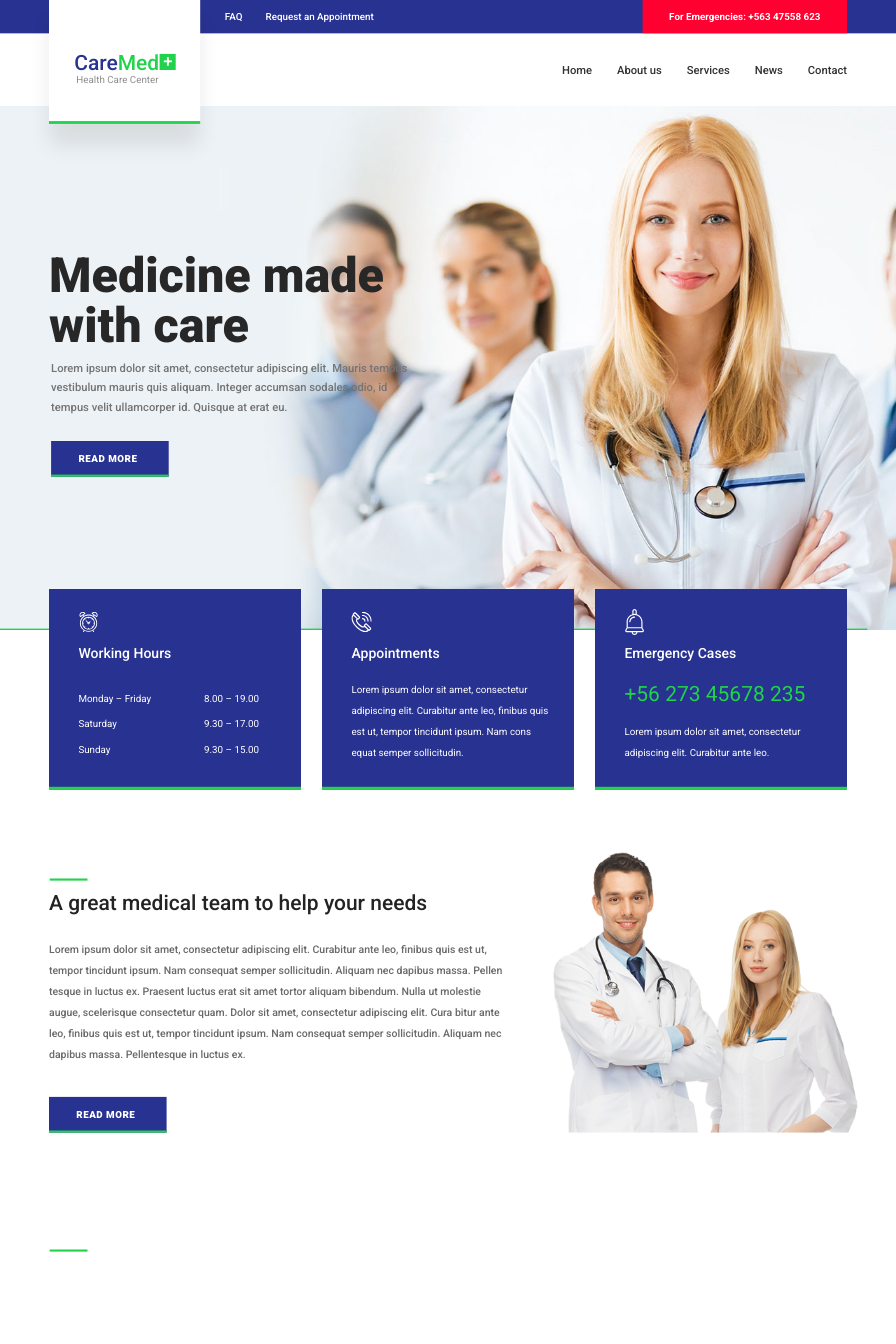
Repository: Nanitamo/centro-medico-eden-webpage
Page: index.html
The author's editor kept a copy of each file at every save. The page is drawn from the files as they stood at one save, then again after the next save.
The browser window is 1280 px wide. The pictures show the part of the page from y = 0 to 1920 px (the page is 4535 px tall), at 70% of full size.

Above is the page before, as saved 2020-06-18 12:37:14.

### index.html
<!DOCTYPE html>
<html lang="en">
<head>
<title>CareMed</title>
<meta charset="utf-8">
<meta http-equiv="X-UA-Compatible" content="IE=edge">
<meta name="description" content="CareMed demo project">
<meta name="viewport" content="width=device-width, initial-scale=1">
<link rel="stylesheet" type="text/css" href="styles/bootstrap4/bootstrap.min.css">
<link href="plugins/font-awesome-4.7.0/css/font-awesome.min.css" rel="stylesheet" type="text/css">
<link rel="stylesheet" type="text/css" href="plugins/OwlCarousel2-2.2.1/owl.carousel.css">
<link rel="stylesheet" type="text/css" href="plugins/OwlCarousel2-2.2.1/owl.theme.default.css">
<link rel="stylesheet" type="text/css" href="plugins/OwlCarousel2-2.2.1/animate.css">
<link rel="stylesheet" type="text/css" href="styles/main_styles.css">
<link rel="stylesheet" type="text/css" href="styles/responsive.css">
</head>
<body>

<div class="super_container">

	<!-- Header -->

	<header class="header trans_200">

		<!-- Top Bar -->
		<div class="top_bar">
			<div class="container">
				<div class="row">
					<div class="col">
						<div class="top_bar_content d-flex flex-row align-items-center justify-content-start">
							<div class="top_bar_item"><a href="#">FAQ</a></div>
							<div class="top_bar_item"><a href="#">Request an Appointment</a></div>
							<div class="emergencies  d-flex flex-row align-items-center justify-content-start ml-auto">For Emergencies: +563 47558 623</div>
						</div>

					</div>
				</div>
			</div>
		</div>

		<!-- Header Content -->
		<div class="header_container">
			<div class="container">
				<div class="row">
					<div class="col">
						<div class="header_content d-flex flex-row align-items-center justify-content-start">
							<nav class="main_nav ml-auto">
								<ul>
									<li><a href="index.html">Home</a></li>
									<li><a href="about.html">About us</a></li>
									<li><a href="services.html">Services</a></li>
									<li><a href="news.html">News</a></li>
									<li><a href="contact.html">Contact</a></li>
								</ul>
							</nav>
							<div class="hamburger ml-auto"><i class="fa fa-bars" aria-hidden="true"></i></div>
						</div>
					</div>
				</div>
			</div>
		</div>

		<!-- Logo -->
		<div class="logo_container_outer">
			<div class="container">
				<div class="row">
					<div class="col">
						<div class="logo_container">
							<a href="#">
								<div class="logo_content d-flex flex-column align-items-start justify-content-center">
									<div class="logo_line"></div>
									<div class="logo d-flex flex-row align-items-center justify-content-center">
										<div class="logo_text">Care<span>Med</span></div>
										<div class="logo_box">+</div>
									</div>
									<div class="logo_sub">Health Care Center</div>
								</div>
							</a>
						</div>
					</div>
				</div>
			</div>
		</div>

	</header>

	<!-- Menu -->

	<div class="menu_container menu_mm">

		<!-- Menu Close Button -->
		<div class="menu_close_container">
			<div class="menu_close"></div>
		</div>

		<!-- Menu Items -->
		<div class="menu_inner menu_mm">
			<div class="menu menu_mm">
				<ul class="menu_list menu_mm">
					<li class="menu_item menu_mm"><a href="index.html">Home</a></li>
					<li class="menu_item menu_mm"><a href="about.html">About us</a></li>
					<li class="menu_item menu_mm"><a href="services.html">Services</a></li>
					<li class="menu_item menu_mm"><a href="news.html">News</a></li>
					<li class="menu_item menu_mm"><a href="contact.html">Contact</a></li>
				</ul>
			</div>
			<div class="menu_extra">
				<div class="menu_appointment"><a href="#">Request an Appointment</a></div>
				<div class="menu_emergencies">For Emergencies: +563 47558 623</div>
			</div>

		</div>

	</div>

	<!-- Home -->

	<div class="home">
		<div class="home_slider_container">
			<!-- Home Slider -->
			<div class="owl-carousel owl-theme home_slider">

				<!-- Slider Item -->
				<div class="owl-item">
					<div class="home_slider_background" style="background-image:url(images/home_background_1.jpg)"></div>
					<div class="home_content">
						<div class="container">
							<div class="row">
								<div class="col">
									<div class="home_content_inner">
										<div class="home_title"><h1>Medicine made with care</h1></div>
										<div class="home_text">
											<p>Lorem ipsum dolor sit amet, consectetur adipiscing elit. Mauris tempus vestibulum mauris quis aliquam. Integer accumsan sodales odio, id tempus velit ullamcorper id. Quisque at erat eu.</p>
										</div>
										<div class="button home_button">
											<a href="#">read more</a>
										</div>
									</div>
								</div>
							</div>
						</div>
					</div>
				</div>

				<!-- Slider Item -->
				<div class="owl-item">
					<div class="home_slider_background" style="background-image:url(images/home_background_1.jpg)"></div>
					<div class="home_content">
						<div class="container">
							<div class="row">
								<div class="col">
									<div class="home_content_inner">
										<div class="home_title"><h1>Medicine made with care</h1></div>
										<div class="home_text">
											<p>Lorem ipsum dolor sit amet, consectetur adipiscing elit. Mauris tempus vestibulum mauris quis aliquam. Integer accumsan sodales odio, id tempus velit ullamcorper id. Quisque at erat eu.</p>
										</div>
										<div class="button home_button">
											<a href="#">read more</a>
										</div>
									</div>
								</div>
							</div>
						</div>
					</div>
				</div>

				<!-- Slider Item -->
				<div class="owl-item">
					<div class="home_slider_background" style="background-image:url(images/home_background_1.jpg)"></div>
					<div class="home_content">
						<div class="container">
							<div class="row">
								<div class="col">
									<div class="home_content_inner">
										<div class="home_title"><h1>Medicine made with care</h1></div>
										<div class="home_text">
											<p>Lorem ipsum dolor sit amet, consectetur adipiscing elit. Mauris tempus vestibulum mauris quis aliquam. Integer accumsan sodales odio, id tempus velit ullamcorper id. Quisque at erat eu.</p>
										</div>
										<div class="button home_button">
											<a href="#">read more</a>
										</div>
									</div>
								</div>
							</div>
						</div>
					</div>
				</div>

			</div>

			<!-- Slider Progress -->
			<div class="home_slider_progress"></div>
		</div>
	</div>

	<!-- 3 Boxes -->

	<div class="boxes">
		<div class="container">
			<div class="row">

				<!-- Box -->
				<div class="col-lg-4 box_col">
					<div class="box working_hours">
						<div class="box_icon d-flex flex-column align-items-start justify-content-center"><div style="width:29px; height:29px;"><img src="images/alarm-clock.svg" alt=""></div></div>
						<div class="box_title">Working Hours</div>
						<div class="working_hours_list">
							<ul>
								<li class="d-flex flex-row align-items-center justify-content-start">
									<div>Monday – Friday</div>
									<div class="ml-auto">8.00 – 19.00</div>
								</li>
								<li class="d-flex flex-row align-items-center justify-content-start">
									<div>Saturday</div>
									<div class="ml-auto">9.30 – 17.00</div>
								</li>
								<li class="d-flex flex-row align-items-center justify-content-start">
									<div>Sunday</div>
									<div class="ml-auto">9.30 – 15.00</div>
								</li>
							</ul>
						</div>
					</div>
				</div>

				<!-- Box -->
				<div class="col-lg-4 box_col">
					<div class="box box_appointments">
						<div class="box_icon d-flex flex-column align-items-start justify-content-center"><div style="width: 29px; height:29px;"><img src="images/phone-call.svg" alt=""></div></div>
						<div class="box_title">Appointments</div>
						<div class="box_text">Lorem ipsum dolor sit amet, consectetur adipiscing elit. Curabitur ante leo, finibus quis est ut, tempor tincidunt ipsum. Nam cons equat semper sollicitudin.</div>
					</div>
				</div>

				<!-- Box -->
				<div class="col-lg-4 box_col">
					<div class="box box_emergency">
						<div class="box_icon d-flex flex-column align-items-start justify-content-center"><div style="width: 37px; height:37px; margin-left:-4px;"><img src="images/bell.svg" alt=""></div></div>
						<div class="box_title">Emergency Cases</div>
						<div class="box_phone">+56 273 45678 235</div>
						<div class="box_emergency_text">Lorem ipsum dolor sit amet, consectetur adipiscing elit. Curabitur ante leo.</div>
					</div>
				</div>

			</div>
		</div>
	</div>

	<!-- About -->

	<div class="about">
		<div class="container">
			<div class="row row-lg-eq-height">

				<!-- About Content -->
				<div class="col-lg-7">
					<div class="about_content">
						<div class="section_title"><h2>A great medical team to help your needs</h2></div>
						<div class="about_text">
							<p>Lorem ipsum dolor sit amet, consectetur adipiscing elit. Curabitur ante leo, finibus quis est ut, tempor tincidunt ipsum. Nam consequat semper sollicitudin. Aliquam nec dapibus massa. Pellen tesque in luctus ex. Praesent luctus erat sit amet tortor aliquam bibendum. Nulla ut molestie augue, scelerisque consectetur quam. Dolor sit amet, consectetur adipiscing elit. Cura bitur ante leo, finibus quis est ut, tempor tincidunt ipsum. Nam consequat semper sollicitudin. Aliquam nec dapibus massa. Pellentesque in luctus ex.</p>
						</div>
						<div class="button about_button">
							<a href="#">read more</a>
						</div>
					</div>
				</div>

				<!-- About Image -->
				<div class="col-lg-5">
					<div class="about_image"><img src="images/about.png" alt=""></div>
				</div>
			</div>
		</div>
	</div>

	<!-- Departments -->

	<div class="departments">
		<div class="departments_background parallax-window" data-parallax="scroll" data-image-src="images/departments.jpg" data-speed="0.8"></div>
		<div class="container">
			<div class="row">
				<div class="col">
					<div class="section_title section_title_light"><h2>Our Medical Departments</h2></div>
				</div>
			</div>
			<div class="row departments_row row-md-eq-height">

				<!-- Department -->
				<div class="col-lg-3 col-md-6 dept_col">
					<div class="dept">
						<div class="dept_image"><img src="images/dept_1.jpg" alt=""></div>
						<div class="dept_content text-center">
							<div class="dept_title">plastic surgery</div>
							<div class="dept_subtitle">Dr. James Smith</div>
						</div>
					</div>
				</div>

				<!-- Department -->
				<div class="col-lg-3 col-md-6 dept_col">
					<div class="dept">
						<div class="dept_image"><img src="images/dept_2.jpg" alt=""></div>
						<div class="dept_content text-center">
							<div class="dept_title">gastroenterology</div>
							<div class="dept_subtitle">Dr. Gunter Roscoe</div>
						</div>
					</div>
				</div>

				<!-- Department -->
				<div class="col-lg-3 col-md-6 dept_col">
					<div class="dept">
						<div class="dept_image"><img src="images/dept_3.jpg" alt=""></div>
						<div class="dept_content text-center">
							<div class="dept_title">dentistry</div>
							<div class="dept_subtitle">Dr. Maria Williams</div>
						</div>
					</div>
				</div>

				<!-- Department -->
				<div class="col-lg-3 col-md-6 dept_col">
					<div class="dept">
						<div class="dept_text">
							<p>Lorem ipsum dolor sit amet, consectetur adipiscing elit. Curabitur ante leo, finibus quis est ut, tempor tincidunt ipsum. Nam consequat semper sollicitudin. Aliquam nec dap ibus massa. Pellen tesque in luctus ex.</p>
						</div>
						<div class="button dept_button"><a href="#">read more</a></div>
					</div>
				</div>
			</div>
		</div>
	</div>

	<!-- Services -->

	<div class="services">
		<div class="container">
			<div class="row">
				<div class="col">
					<div class="section_title"><h2>Our Featured Services</h2></div>
				</div>
			</div>
			<div class="row services_row">

				<!-- Service -->
				<div class="col-lg-4 col-md-6 service_col">
					<a href="services.html">
						<div class="service text-center trans_200">
							<div class="service_icon"><img class="svg" src="images/service_1.svg" alt=""></div>
							<div class="service_title trans_200">Free Checkups</div>
							<div class="service_text">
								<p>Lorem ipsum dolor sit amet, consectetur adipiscing elit. Curabitur ante leo, finibus quis est ut, tempor tincidunt ipsum. Nam consequat semper sollicitudin.</p>
							</div>
						</div>
					</a>
				</div>

				<!-- Service -->
				<div class="col-lg-4 col-md-6 service_col">
					<a href="services.html">
						<div class="service text-center trans_200">
							<div class="service_icon"><img class="svg" src="images/service_2.svg" alt=""></div>
							<div class="service_title trans_200">Screening Exams</div>
							<div class="service_text">
								<p>Lorem ipsum dolor sit amet, consectetur adipiscing elit. Curabitur ante leo, finibus quis est ut, tempor tincidunt ipsum. Nam consequat semper sollicitudin.</p>
							</div>
						</div>
					</a>
				</div>

				<!-- Service -->
				<div class="col-lg-4 col-md-6 service_col">
					<a href="services.html">
						<div class="service text-center trans_200">
							<div class="service_icon"><img class="svg" src="images/service_3.svg" alt=""></div>
							<div class="service_title trans_200">RMI Services</div>
							<div class="service_text">
								<p>Lorem ipsum dolor sit amet, consectetur adipiscing elit. Curabitur ante leo, finibus quis est ut, tempor tincidunt ipsum. Nam consequat semper sollicitudin.</p>
							</div>
						</div>
					</a>
				</div>

				<!-- Service -->
				<div class="col-lg-4 col-md-6 service_col">
					<a href="services.html">
						<div class="service text-center trans_200">
							<div class="service_icon"><img class="svg" src="images/service_4.svg" alt=""></div>
							<div class="service_title trans_200">Dentistry</div>
							<div class="service_text">
								<p>Lorem ipsum dolor sit amet, consectetur adipiscing elit. Curabitur ante leo, finibus quis est ut, tempor tincidunt ipsum. Nam consequat semper sollicitudin.</p>
							</div>
						</div>
					</a>
				</div>

				<!-- Service -->
				<div class="col-lg-4 col-md-6 service_col">
					<a href="services.html">
						<div class="service text-center trans_200">
							<div class="service_icon"><img class="svg" src="images/service_5.svg" alt=""></div>
							<div class="service_title trans_200">Neonatology</div>
							<div class="service_text">
								<p>Lorem ipsum dolor sit amet, consectetur adipiscing elit. Curabitur ante leo, finibus quis est ut, tempor tincidunt ipsum. Nam consequat semper sollicitudin.</p>
							</div>
						</div>
					</a>
				</div>

				<!-- Service -->
				<div class="col-lg-4 col-md-6 service_col">
					<a href="services.html">
						<div class="service text-center trans_200">
							<div class="service_icon"><img class="svg" src="images/service_6.svg" alt=""></div>
							<div class="service_title trans_200">Biochemistry</div>
							<div class="service_text">
								<p>Lorem ipsum dolor sit amet, consectetur adipiscing elit. Curabitur ante leo, finibus quis est ut, tempor tincidunt ipsum. Nam consequat semper sollicitudin.</p>
							</div>
						</div>
					</a>
				</div>
			</div>
		</div>
	</div>

	<!-- Call to action -->

	<div class="cta">
		<div class="cta_background parallax-window" data-parallax="scroll" data-image-src="images/cta.jpg" data-speed="0.8"></div>
		<div class="container">
			<div class="row">
				<div class="col">
					<div class="cta_content text-center">
						<h2>Need a personal health plan?</h2>
						<p>Duis massa massa, mollis vel ullamcorper quis, finibus et urna. Aliquam ac eleifend metus. Ut sollicitudin risus ex</p>
						<div class="button cta_button"><a href="#">request a plan</a></div>
					</div>
				</div>
			</div>
		</div>
	</div>

	<!-- Footer -->

	<footer class="footer">
		<div class="footer_container">
			<div class="container">
				<div class="row">

					<!-- Footer - About -->
					<div class="col-lg-4 footer_col">
						<div class="footer_about">
							<div class="footer_logo_container">
								<a href="#" class="d-flex flex-column align-items-center justify-content-center">
									<div class="logo_content">
										<div class="logo d-flex flex-row align-items-center justify-content-center">
											<div class="logo_text">Care<span>Med</span></div>
											<div class="logo_box">+</div>
										</div>
										<div class="logo_sub">Health Care Center</div>
									</div>
								</a>
							</div>
							<div class="footer_about_text">
								<p>Lorem ipsum dolor sit amet, conse ctetur adipiscing elit. Curabitur ante leo, finibus quis est ut, tempor tincidunt ipsum.</p>
							</div>
							<ul class="footer_about_list">
								<li><div class="footer_about_icon"><img src="images/phone-call.svg" alt=""></div><span>+45 677 8993000 223</span></li>
								<li><div class="footer_about_icon"><img src="images/envelope.svg" alt=""></div><span>office@template.com</span></li>
								<li><div class="footer_about_icon"><img src="images/placeholder.svg" alt=""></div><span>Main Str. no 45-46, b3, 56832, Los Angeles, CA</span></li>
							</ul>
						</div>
					</div>

					<!-- Footer - Links -->
					<div class="col-lg-4 footer_col">
						<div class="footer_links footer_column">
							<div class="footer_title">Useful Links</div>
							<ul>
								<li><a href="#">Testimonials</a></li>
								<li><a href="#">FAQ</a></li>
								<li><a href="#">Apply for a Job</a></li>
								<li><a href="#">Terms & Conditions</a></li>
								<li><a href="#">Our Partners</a></li>
								<li><a href="#">Services</a></li>
								<li><a href="#">Free services</a></li>
								<li><a href="#">About us</a></li>
								<li><a href="#">News</a></li>
								<li><a href="#">Contact</a></li>
								<li><a href="#">Our Screening Program</a></li>
								<li><a href="#">FAQ</a></li>
							</ul>
						</div>
					</div>

					<!-- Footer - News -->
					<div class="col-lg-4 footer_col">
						<div class="footer_news footer_column">
							<div class="footer_title">Useful Links</div>
							<ul>
								<li>
									<div class="footer_news_title"><a href="news.html">Aliquam ac eleifend metus</a></div>
									<div class="footer_news_date">March 10, 2018</div>
								</li>
								<li>
									<div class="footer_news_title"><a href="news.html">Donec in libero sit amet mi vulputate</a></div>
									<div class="footer_news_date">March 10, 2018</div>
								</li>
								<li>
									<div class="footer_news_title"><a href="news.html">Aliquam ac eleifend metus</a></div>
									<div class="footer_news_date">March 10, 2018</div>
								</li>
							</ul>
						</div>
					</div>
				</div>
			</div>
		</div>
		<div class="copyright">
			<div class="container">
				<div class="row">
					<div class="col">
						<div class="copyright_content d-flex flex-lg-row flex-column align-items-lg-center justify-content-start">
							<div class="cr"><!-- Link back to Colorlib can't be removed. Template is licensed under CC BY 3.0. -->
Copyright &copy;<script>document.write(new Date().getFullYear());</script> All rights reserved | This template is made with <i class="fa fa-heart-o" aria-hidden="true"></i> by <a href="https://colorlib.com" target="_blank">Colorlib</a>
<!-- Link back to Colorlib can't be removed. Template is licensed under CC BY 3.0. --></div>
							<div class="footer_social ml-lg-auto">
								<ul>
									<li><a href="#"><i class="fa fa-pinterest" aria-hidden="true"></i></a></li>
									<li><a href="#"><i class="fa fa-facebook" aria-hidden="true"></i></a></li>
									<li><a href="#"><i class="fa fa-twitter" aria-hidden="true"></i></a></li>
									<li><a href="#"><i class="fa fa-dribbble" aria-hidden="true"></i></a></li>
									<li><a href="#"><i class="fa fa-behance" aria-hidden="true"></i></a></li>
									<li><a href="#"><i class="fa fa-linkedin" aria-hidden="true"></i></a></li>
								</ul>
							</div>
						</div>
					</div>
				</div>
			</div>
		</div>
	</footer>
</div>

<script src="js/jquery-3.2.1.min.js"></script>
<script src="styles/bootstrap4/popper.js"></script>
<script src="styles/bootstrap4/bootstrap.min.js"></script>
<script src="plugins/OwlCarousel2-2.2.1/owl.carousel.js"></script>
<script src="plugins/easing/easing.js"></script>
<script src="plugins/parallax-js-master/parallax.min.js"></script>
<script src="js/custom.js"></script>
</body>
</html>

Loaded but not shown: styles/bootstrap4/bootstrap.min.css (library); plugins/font-awesome-4.7.0/css/font-awesome.min.css (library); plugins/OwlCarousel2-2.2.1/owl.carousel.css (library); plugins/OwlCarousel2-2.2.1/owl.theme.default.css (common file); plugins/OwlCarousel2-2.2.1/animate.css (library); js/jquery-3.2.1.min.js (library); styles/bootstrap4/popper.js (library); styles/bootstrap4/bootstrap.min.js (library); plugins/OwlCarousel2-2.2.1/owl.carousel.js (library); plugins/easing/easing.js (library); plugins/parallax-js-master/parallax.min.js (library); js/custom.js (204 lines, source omitted); styles/main_styles.css (1310 lines, source omitted); styles/responsive.css (427 lines, source omitted)

After the next save:
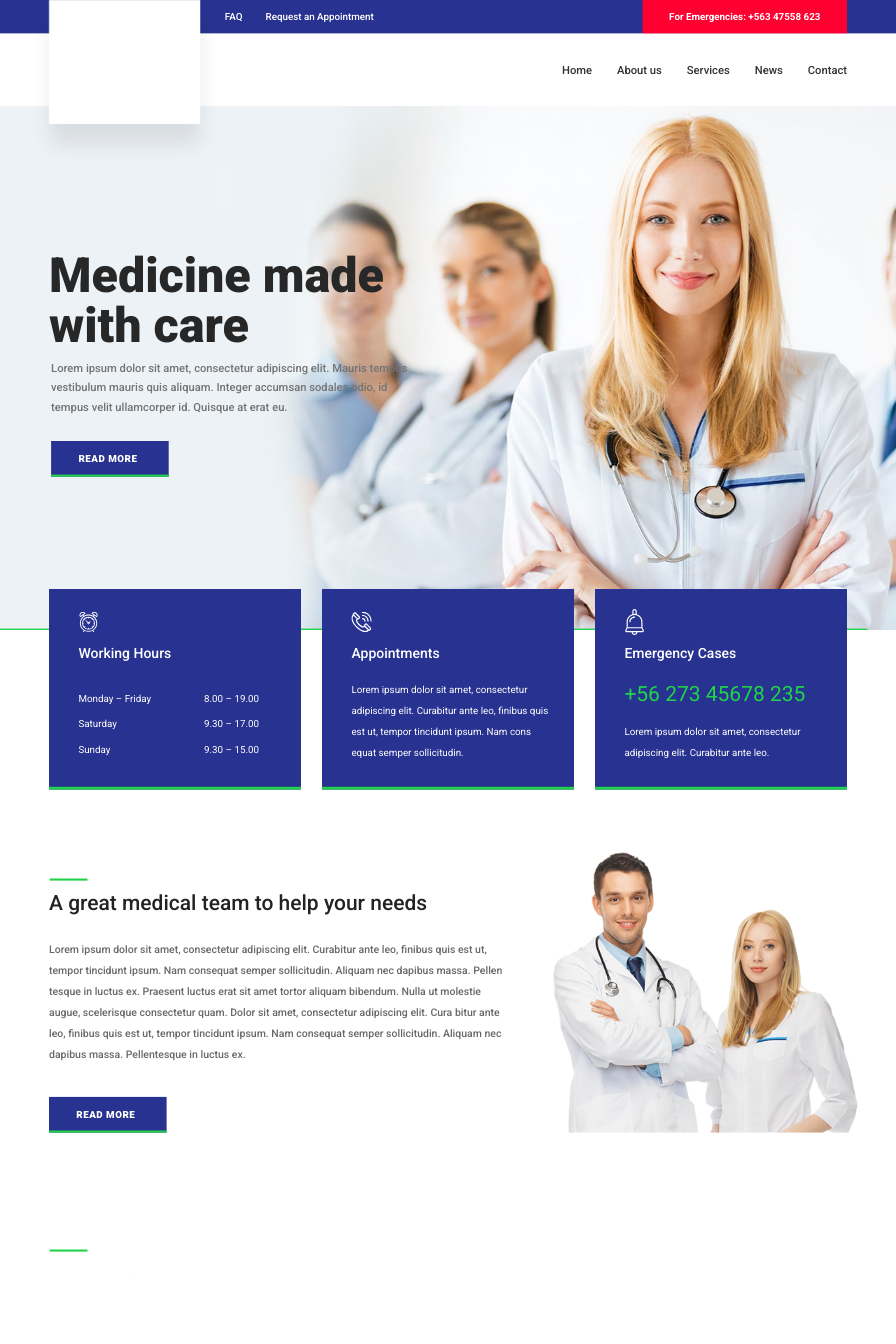
Saved 15 min 9 s later.
--- a/index.html
+++ b/index.html
@@ -68,12 +68,12 @@
 						<div class="logo_container">
 							<a href="#">
 								<div class="logo_content d-flex flex-column align-items-start justify-content-center">
-									<div class="logo_line"></div>
+									<!-- <div class="logo_line"></div>
 									<div class="logo d-flex flex-row align-items-center justify-content-center">
 										<div class="logo_text">Care<span>Med</span></div>
 										<div class="logo_box">+</div>
 									</div>
-									<div class="logo_sub">Health Care Center</div>
+									<div class="logo_sub">Health Care Center</div> -->
 								</div>
 							</a>
 						</div>
